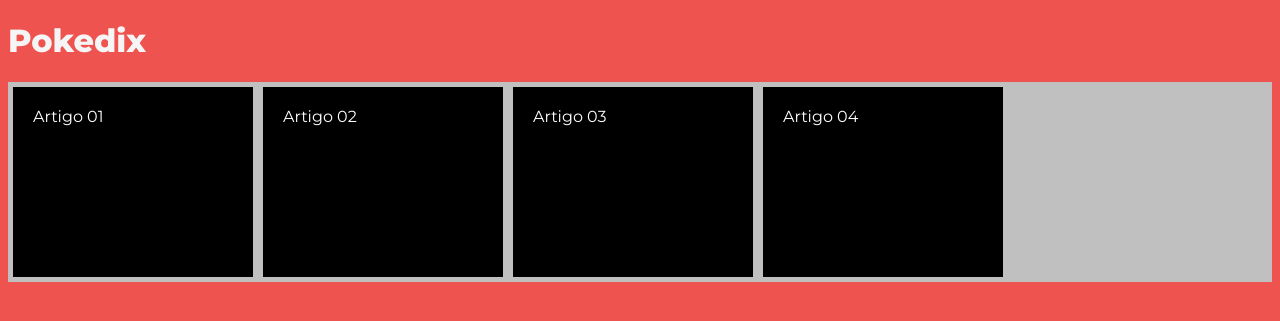
Repository: byjuliogomes/pokebyte
Page: index.html
An editor plug-in stored every save of this project. The page is shown before and after the next save, followed by the edit.
The browser window is 1280 px wide. The pictures show the whole page.

Above is the page before, as saved 2020-06-03 23:33:10.

After the next save:
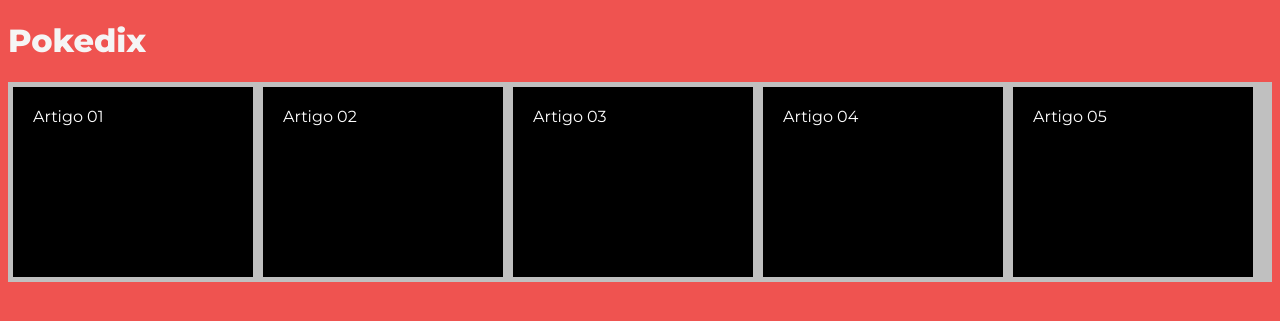
Saved 47 s later.
--- a/index.html
+++ b/index.html
@@ -22,6 +22,10 @@
         <article class="item article-04">
             Artigo 04
         </article>
+        <article class="item article-05">
+            Artigo 05
+        </article>
+
     </section>
     <script src="app.js"></script>
 </body>
